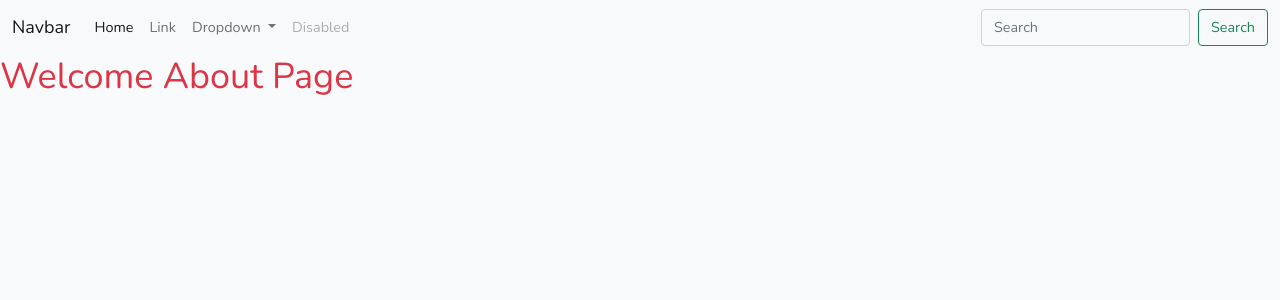
Repository: Aram5864/aaa
Page: http://localhost/about
An editor plug-in stored every save of this project. The page is shown before and after a run of saves, followed by the edit.
The browser window is 1280 px wide. The pictures show the whole page.
The page is served by the project's Laravel application, run on PHP 8.4 with Laravel 8. Other server files are loaded and not shown.

Above is the page before, as saved 2022-04-01 13:17:09.

### routes/web.php
<?php

use Illuminate\Support\Facades\Route;

Route::get('/', function () {
    return view('home');
});
Route::get('/about', function () {
    return view('about');
});
Route::get('/contact', function () {
    return view('contact');
});

### resources/views/about.blade.php
@extends('layouts.app')

@section('title')
About Page
@endsection

@section('content')
<h1 class="text-danger">Welcome About Page</h1>
@endsection

### resources/views/layouts/app.blade.php
<!DOCTYPE html>
<html lang="en">

<head>
    <meta charset="UTF-8">
    <meta name="viewport" content="width=device-width, initial-scale=1.0">
    <meta http-equiv="X-UA-Compatible" content="ie=edge">
    <link rel="stylesheet" href="/css/app.css">
    <title> @yield('title')
    </title>
</head>

<body>


    @include('layouts.navbar')
    @yield('content')
</body>

</html>

### resources/views/layouts/navbar.blade.php

@section('navbar')

    <nav class="navbar navbar-expand-lg navbar-light bg-light">
        <div class="container-fluid">
            <a class="navbar-brand" href="#">Navbar</a>
            <button class="navbar-toggler" type="button" data-bs-toggle="collapse" data-bs-target="#navbarSupportedContent"
                aria-controls="navbarSupportedContent" aria-expanded="false" aria-label="Toggle navigation">
                <span class="navbar-toggler-icon"></span>
            </button>
            <div class="collapse navbar-collapse" id="navbarSupportedContent">
                <ul class="navbar-nav me-auto mb-2 mb-lg-0">
                    <li class="nav-item">
                        <a class="nav-link active" aria-current="page" href="#">Home</a>
                    </li>
                    <li class="nav-item">
                        <a class="nav-link" href="#">Link</a>
                    </li>
                    <li class="nav-item dropdown">
                        <a class="nav-link dropdown-toggle" href="#" id="navbarDropdown" role="button"
                            data-bs-toggle="dropdown" aria-expanded="false">
                            Dropdown
                        </a>
                        <ul class="dropdown-menu" aria-labelledby="navbarDropdown">
                            <li><a class="dropdown-item" href="#">Action</a></li>
                            <li><a class="dropdown-item" href="#">Another action</a></li>
                            <li>
                                <hr class="dropdown-divider">
                            </li>
                            <li><a class="dropdown-item" href="#">Something else here</a></li>
                        </ul>
                    </li>
                    <li class="nav-item">
                        <a class="nav-link disabled">Disabled</a>
                    </li>
                </ul>
                <form class="d-flex">
                    <input class="form-control me-2" type="search" placeholder="Search" aria-label="Search">
                    <button class="btn btn-outline-success" type="submit">Search</button>
                </form>
            </div>
        </div>
    </nav>

Loaded but not shown: public/css/app.css (library)

After the next 2 saves:
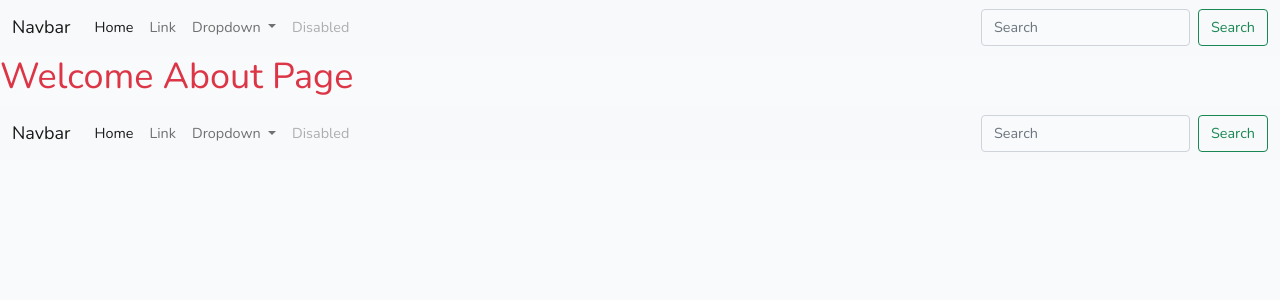
The 2 saves are shown as one change because they came seconds apart.
The last was saved 115 s later.
--- a/resources/views/layouts/app.blade.php
+++ b/resources/views/layouts/app.blade.php
@@ -15,6 +15,8 @@
 
     @include('layouts.navbar')
     @yield('content')
+    @include('layouts.navbar')
+
 </body>
 
 </html>
